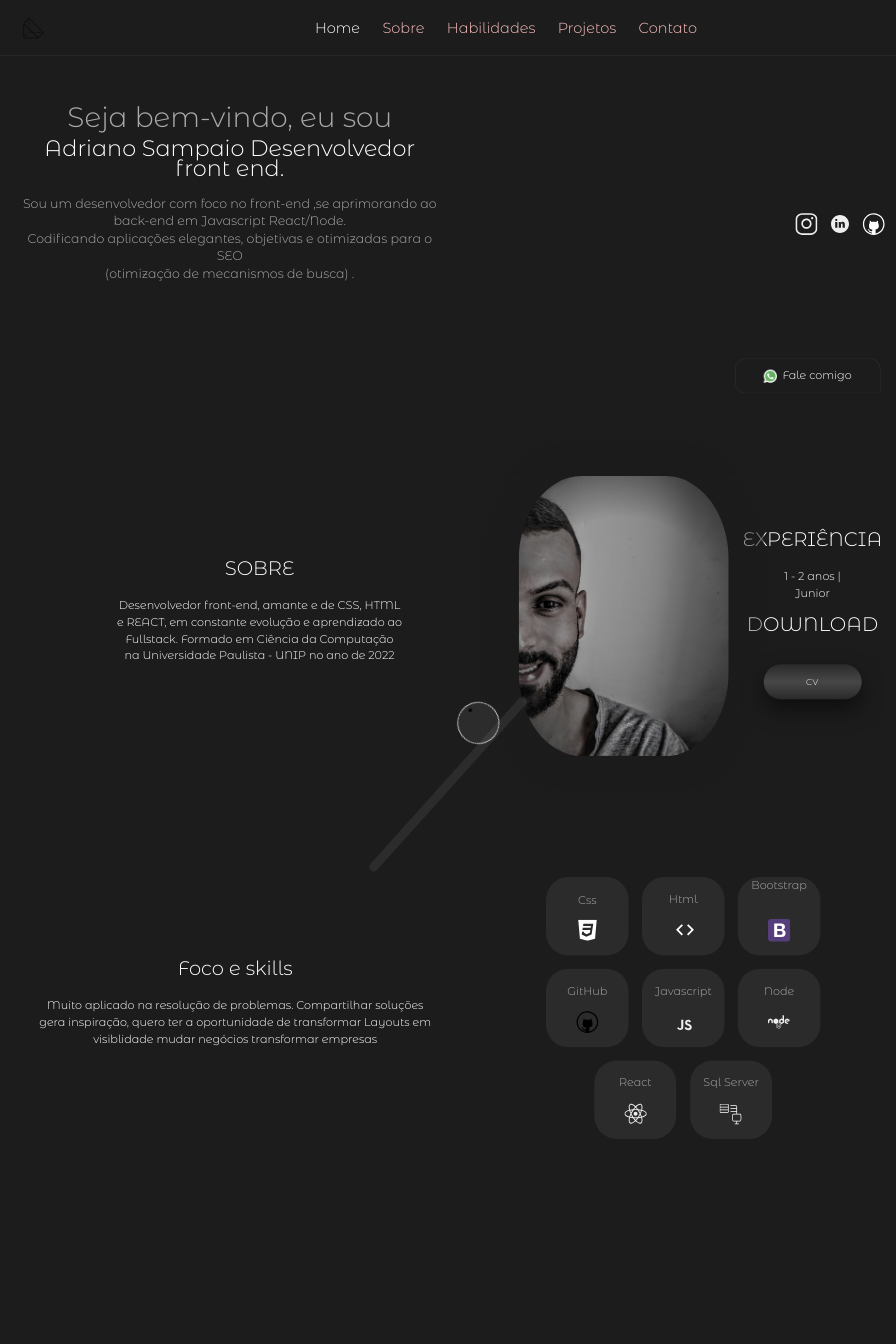
Repository: adrianodisam/NovoPortifolio
Page: /
These files come from the project's save history. The page is drawn as it stood at one moment and after the next save; the edit follows.
The browser window is 1280 px wide. The pictures show the part of the page from y = 0 to 1920 px (the page is 3024 px tall), at 70% of full size.
The project was rebuilt for these pictures with package versions that can differ from the ones it lists, and the page was loaded fresh each time. Imported but missing from the stored project, and not drawn on this page: src/componentes/Download/Adriano.pdf.

Above is the page before, as saved 2024-11-02 16:47:10.

After the next save:
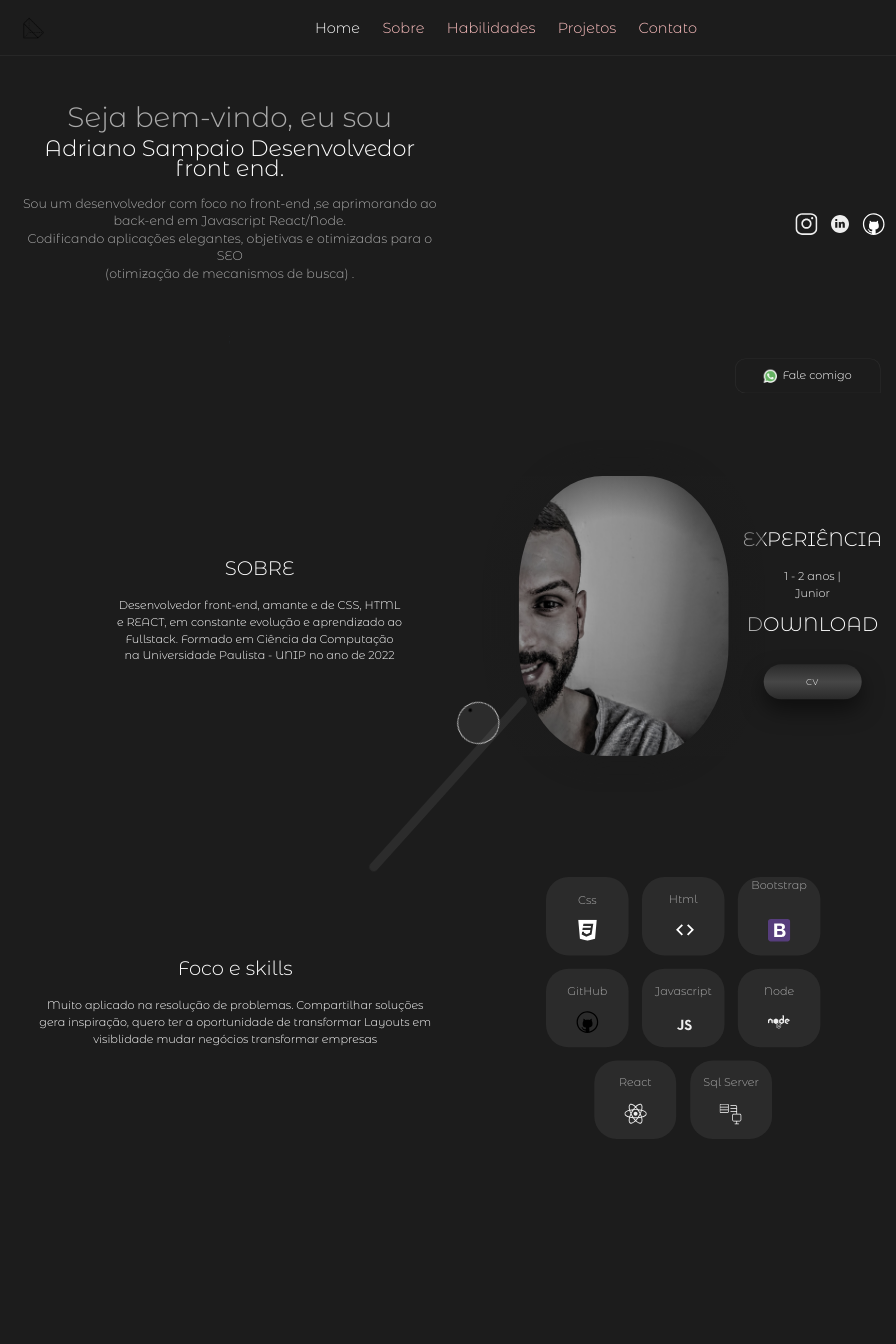
Saved 13 s later.
--- a/src/componentes/FotoSobre/FotoSobre.module.css
+++ b/src/componentes/FotoSobre/FotoSobre.module.css
@@ -15,7 +15,7 @@
   width: 300px; /* Ajuste o tamanho conforme necessário */
   height: 400px; /* Ajuste o tamanho conforme necessário */
   object-fit: cover;
-  border-radius: 30%; /* Raio para bordas arredondadas */
+  border-radius: 40%; /* Raio para bordas arredondadas */
   box-shadow: 0 0 30px 15px rgba(28, 28, 28, 0.8); /* Sombra esfumaçada */
 }
 /* Adiciona o efeito esfumaçado ao redor da imagem */
